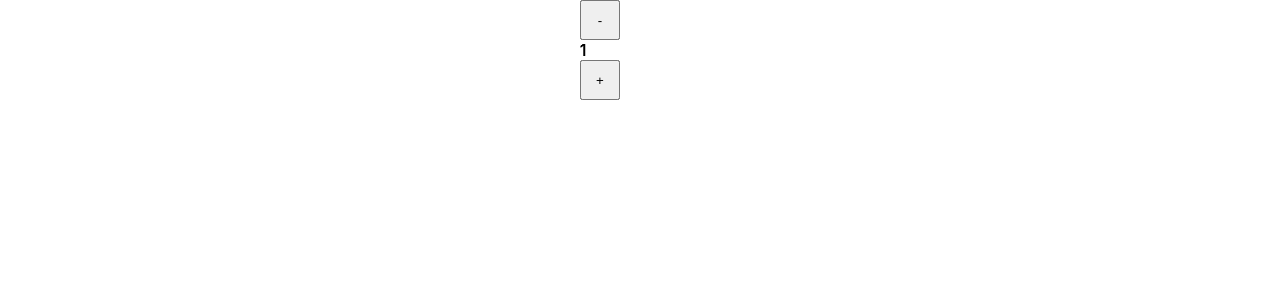
Repository: max535/test-task-netrika
Page: /
An editor plug-in stored every save of this project. The page is shown before and after the next save, followed by the edit.
The browser window is 1280 px wide. The pictures show the whole page.
The project was rebuilt for these pictures with package versions that can differ from the ones it lists, and the page was loaded fresh each time.

Above is the page before, as saved 2021-10-16 06:45:22.

After the next save:
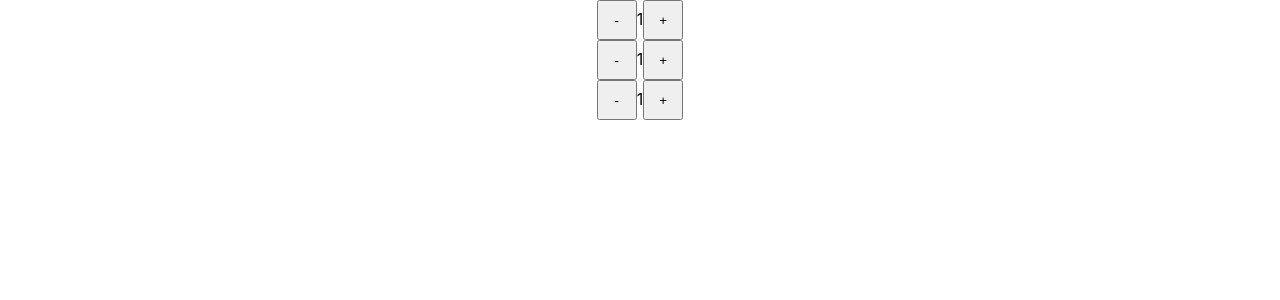
Saved 12 s later.
--- a/src/Counter/Counter.css
+++ b/src/Counter/Counter.css
@@ -1,11 +1,5 @@
 .Counter {
-    display: flex;
-    flex-direction: column;
-    align-items: flex-start;
-    padding: 0px;
-    position: absolute;
-    width: 120px;
-    height: 184px;
+
 
 }
 
